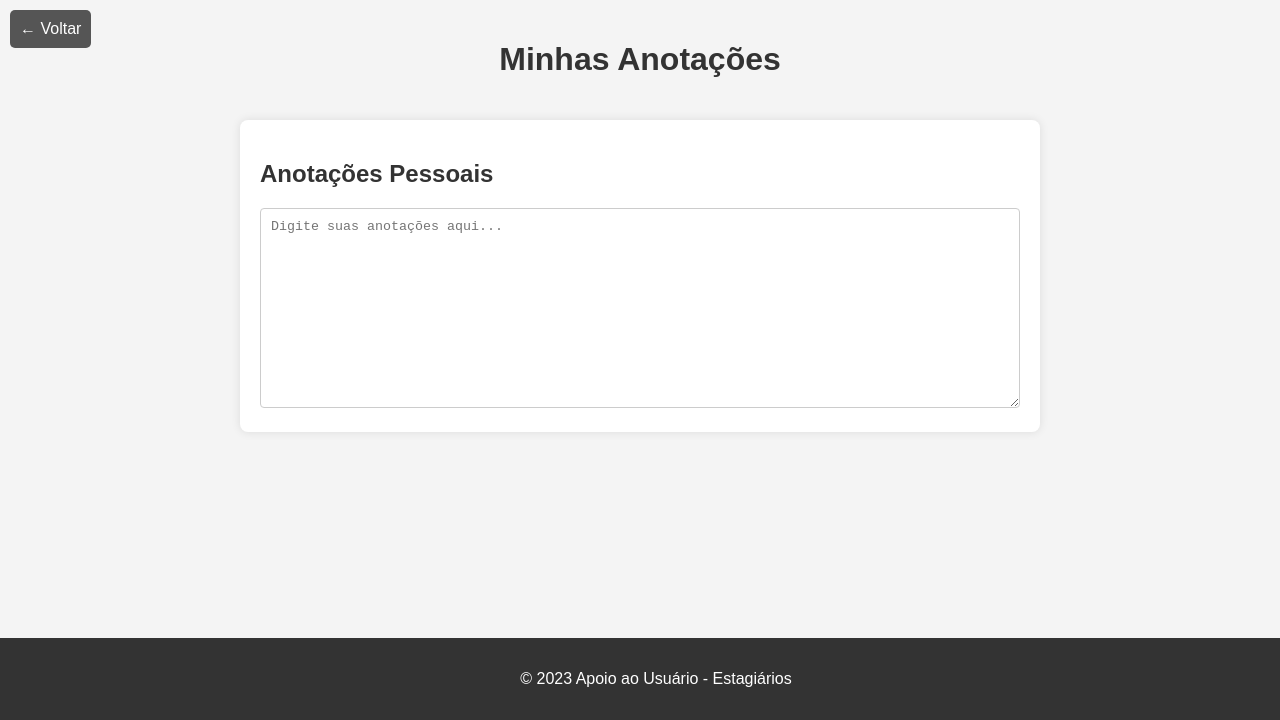
Repository: I4guito/dicasdez
Page: Dicas site/Mais/anotações pessoais de iago/antpessoal.html
These files come from the project's save history. The page is drawn as it stood at one moment and after the next save; the edit follows.
The browser window is 1280 px wide. The pictures show the whole page.

Above is the page before, as saved 2023-11-28 14:43:05.

After the next save:
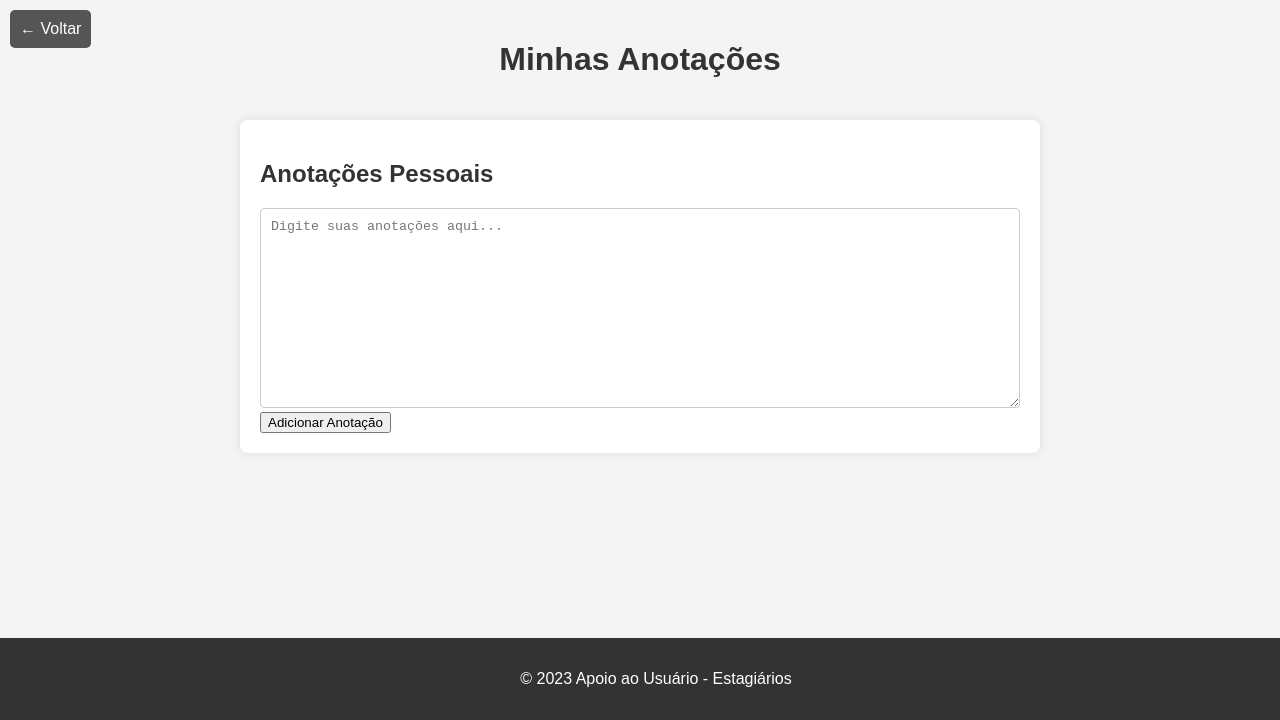
Saved 2 min 29 s later.
--- a/Dicas site/Mais/anotações pessoais de iago/antpessoal.html
+++ b/Dicas site/Mais/anotações pessoais de iago/antpessoal.html
@@ -18,6 +18,7 @@
                     <h2>Anotações Pessoais</h2>
                     <div id="notesContainer"></div>
                     <textarea id="noteInput" placeholder="Digite suas anotações aqui..."></textarea>
+                    <button id="addNoteBtn">Adicionar Anotação</button>
                 </section>
             </main>
         </div>
